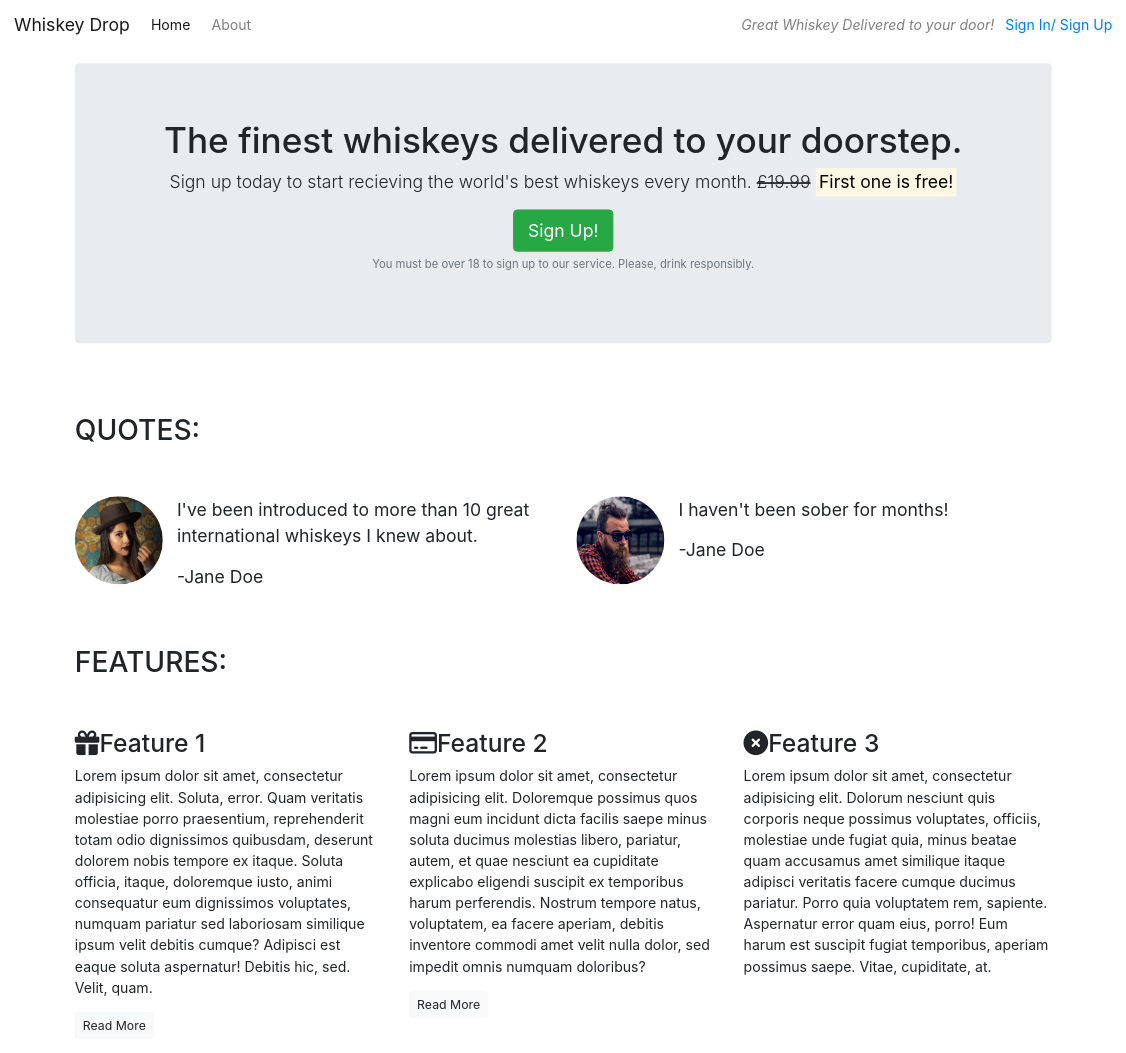
Repository: Leannald13/whiskey-project
Page: index.html
The author's editor kept a record of every edit. The page is drawn from the files as they stood at one moment, then again after the next edit.
The browser window is 1280 px wide. The pictures show the whole page, at 88% of full size.
Some web libraries are served in a nearby version.

Above is the page before.
Console error: TypeError: Cannot read properties of undefined (reading 'fn')

After the next edit:
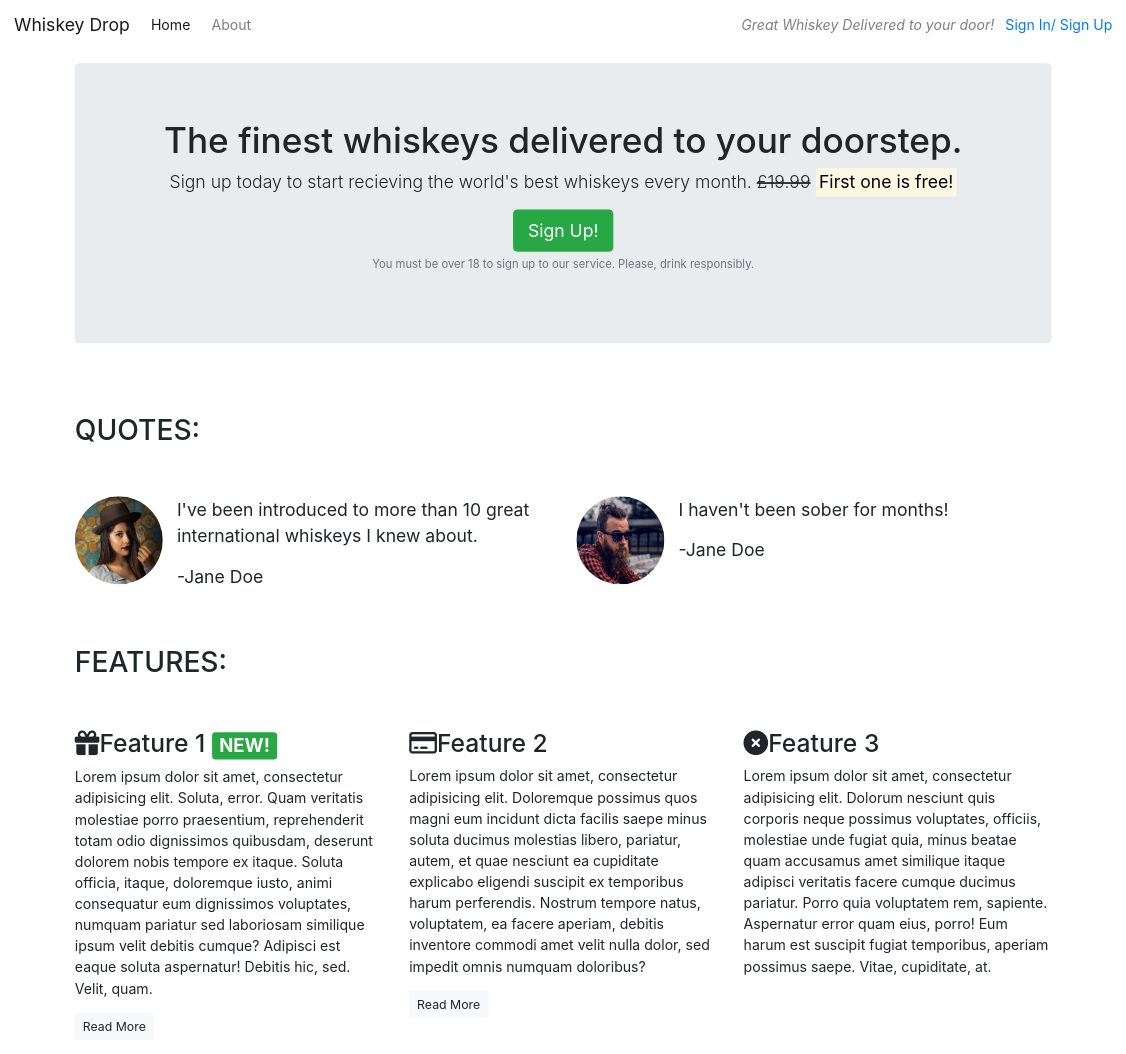
The edit:
--- a/index.html
+++ b/index.html
@@ -82,7 +82,7 @@
             <div class="row">
                 <div class="col-12 col-md-6 col-lg-4">
                     <div class="feature">
-                        <h3><i class="fas fa-gift"></i>Feature 1</h3>
+                        <h3><i class="fas fa-gift d-none d-sm-inline"></i>Feature 1 <span class="badge badge-success">NEW!</span></h3>
                         <p>Lorem ipsum dolor sit amet, consectetur adipisicing elit. Soluta, error. Quam veritatis molestiae porro praesentium, reprehenderit totam odio dignissimos quibusdam, deserunt dolorem nobis tempore ex itaque. Soluta officia, itaque,
                             doloremque iusto, animi consequatur eum dignissimos voluptates, numquam pariatur sed laboriosam similique ipsum velit debitis cumque? Adipisci est eaque soluta aspernatur! Debitis hic, sed. Velit, quam.</p>
                         <p><a class="btn btn-sm btn-light" href="">Read More</a></p>
